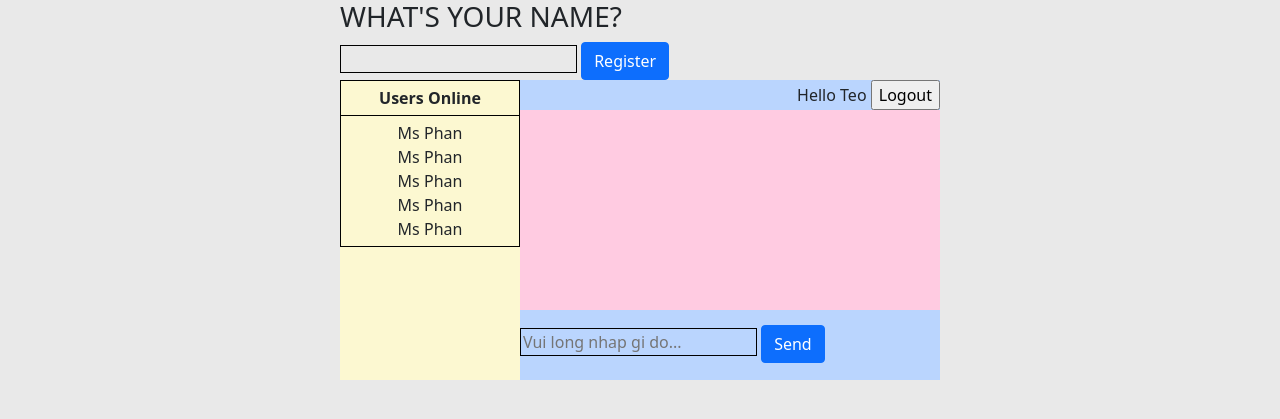
Repository: haimy125/demo_chat
Page: http://localhost/
These files come from the project's save history. The page is drawn as it stood at one moment and after the next save; the edit follows.
The browser window is 1280 px wide. The pictures show the whole page.
The page is served by the project's Node server (DEMO_CHAT_SOCKETIO/SERVER.js).

Above is the page before, as saved 2021-08-29 15:50:11.

### DEMO_CHAT_SOCKETIO/views/trangchu.ejs
<!DOCTYPE html>
<html lang="en">

<head>
    <meta charset="UTF-8">
    <meta http-equiv="X-UA-Compatible" content="IE=edge">
    <meta name="viewport" content="width=device-width, initial-scale=1.0">
    <title>demo chat</title>
    <link href="https://cdn.jsdelivr.net/npm/bootstrap@5.0.2/dist/css/bootstrap.min.css" rel="stylesheet" integrity="sha384-EVSTQN3/azprG1Anm3QDgpJLIm9Nao0Yz1ztcQTwFspd3yD65VohhpuuCOmLASjC" crossorigin="anonymous">
    <script src="https://cdn.jsdelivr.net/npm/@popperjs/core@2.9.2/dist/umd/popper.min.js" integrity="sha384-IQsoLXl5PILFhosVNubq5LC7Qb9DXgDA9i+tQ8Zj3iwWAwPtgFTxbJ8NT4GN1R8p" crossorigin="anonymous"></script>
    <script src="https://cdn.jsdelivr.net/npm/bootstrap@5.0.2/dist/js/bootstrap.min.js" integrity="sha384-cVKIPhGWiC2Al4u+LWgxfKTRIcfu0JTxR+EQDz/bgldoEyl4H0zUF0QKbrJ0EcQF" crossorigin="anonymous"></script>

    <script src="jquery.js"></script>
    <script src="socket.io/socket.io.js"></script>
    <link rel="stylesheet" href="layout.css">
    <script src="xuly.js">
    </script>
</head>

<body>
    <div class="container">
        <div id="wrapper">
            <div id="loginForm">
                <h3>WHAT'S YOUR NAME?</h3>
                <input type="text" id="txtUsername">
                <input type="button" value="Register" id="btnRegister" class="btn btn-primary" />
            </div>
            <div id="chatForm">
                <div id="left">
                    <div id="boxTitle">Users Online</div>
                    <div id="boxContent">
                        <div class="userOnline">Ms Phan</div>
                        <div class="userOnline">Ms Phan</div>
                        <div class="userOnline">Ms Phan</div>
                        <div class="userOnline">Ms Phan</div>
                        <div class="userOnline">Ms Phan</div>
                    </div>
                </div>
                <div id="right">
                    <div id="sayHi">Hello <span id="currentUser">Teo</span>
                        <input type="button" class="button" value="Logout" id="btnLogout">
                    </div>

                    <div id="listMessage"></div>

                    <div>
                        <input type="text" id="txtMessage" placeholder="Vui long nhap gi do...">
                        <input type="button" id="btnSendMessage" value="Send" class="btn btn-primary">
                    </div>
                </div>
            </div>
        </div>
    </div>
</body>

</html>

### DEMO_CHAT_SOCKETIO/SERVER.js
var express = require('express'); //phai require thu vien express moi chay
var app = express(); //khai bao server
app.use(express.static("public")); //can file js, css nen khai bao the nay de all file trong public la khach hang truy cap duoc het

app.set("view engine", "ejs"); //
app.set("views", "./views");
var server = require('http').Server(app); //dựng server
var io = require('socket.io')(server);
server.listen(3000);


app.get('/', function(req, res) {
    res.render('trangchu');
});

### DEMO_CHAT_SOCKETIO/public/layout.css
body {
    background-color: #e9e9e9;
}

#wrapper {
    width: 600px;
    margin: 0 auto;
}

#txtUsername {
    background-color: transparent;
    border: solid 1px black;
    /* border-width: 0 0 1 0; */
}

#left,
#right {
    min-height: 300px;
}

#left {
    width: 30%;
    float: left;
    background-color: #fcf8d1;
}

#right {
    width: 70%;
    float: right;
    background-color: #bad5fe;
}

#boxTitle {
    border: solid 1px black;
    padding: 5px;
    text-align: center;
    font-weight: bold;
}

#boxContent {
    border: solid 1px black;
    border-top: none;
    padding: 5px;
    text-align: center;
}

#sayHi {
    text-align: right;
}

#listMessage {
    height: 200px;
    background-color: #ffcbe1;
    margin-bottom: 15px;
}

#txtMessage {
    background-color: transparent;
    border: solid 1px black;
}

### DEMO_CHAT_SOCKETIO/public/xuly.js
$(document).ready(function() {
    // alert('a');
});

Loaded but not shown: DEMO_CHAT_SOCKETIO/public/jquery.js (library)

After the next save:
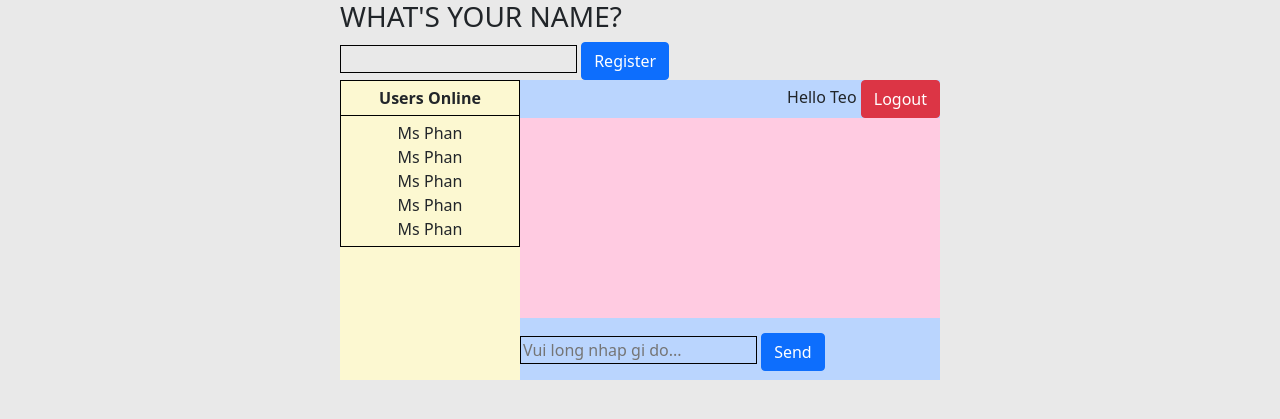
Saved 11 s later.
--- a/DEMO_CHAT_SOCKETIO/views/trangchu.ejs
+++ b/DEMO_CHAT_SOCKETIO/views/trangchu.ejs
@@ -38,7 +38,7 @@
                 </div>
                 <div id="right">
                     <div id="sayHi">Hello <span id="currentUser">Teo</span>
-                        <input type="button" class="button" value="Logout" id="btnLogout">
+                        <input type="button" class="btn btn-danger" value="Logout" id="btnLogout">
                     </div>
 
                     <div id="listMessage"></div>
